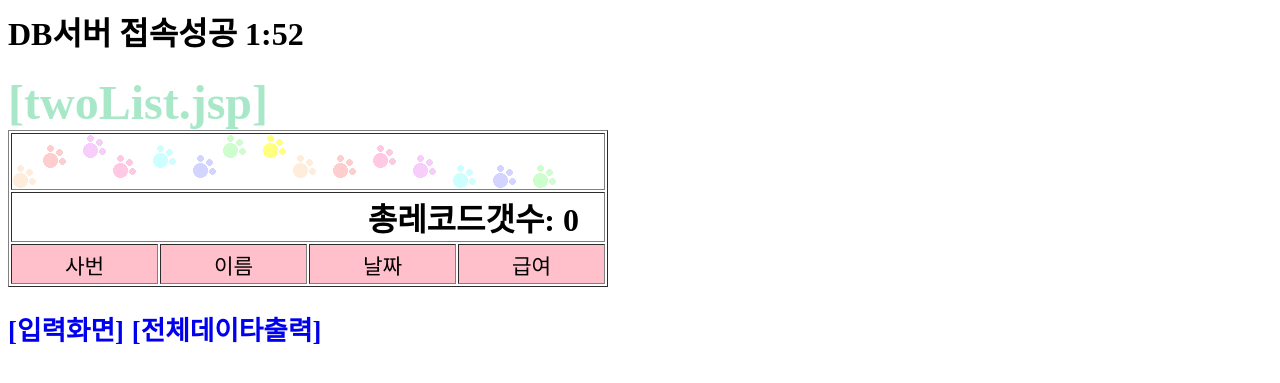
Repository: sorakazae/ITBANK_JSP_101
Page: http://localhost/Web0517/twoList.jsp
An editor plug-in stored every save of this project. The page is shown before and after the next save, followed by the edit.
The browser window is 1280 px wide. The pictures show the whole page.
The page is served by Tomcat 9. Queries for data that is not in the repository find no rows.

Above is the page before, as saved 2014-06-01 02:43:25.

### day8/my/Web0517/WebContent/twoList.jsp
<%@ page language="java" contentType="text/html; charset=EUC-KR"
    pageEncoding="EUC-KR"%>

<%@ page import="java.sql.*" %>
<%@ page import="java.util.*" %>

<%!
	private Connection CN;  // DB서버연결정보
	private Statement ST;  // 정적명령어, select, delete쿼리문실행
	private PreparedStatement PST;  // insert, update쿼리문실행
	private ResultSet RS; //RS=ST.executeQuery(sql); 조회된결과
	private String sql; //쿼리문기술 insert, select

	private int Gsabun; //사번값을 받을 필드
	private String Gname; //이름값을 받을 필드
	private int data1;//사번값 데이타값 받을 필드
	private String data2;//이름 데이타값 받을 필드
	private int data3;//급여 데이타값 받을 필드
%>


<%
	try{
		Class.forName("oracle.jdbc.driver.OracleDriver");

		String url="jdbc:oracle:thin:@127.0.0.1:1521:XE";
		CN=DriverManager.getConnection(url, "system","oracle");
		out.println("<h1>DB서버 접속성공 1:52</h1>");
	}catch(Exception ex){
		out.println("<h1>접속에러: "+ex.toString()+"</h1>");
	}

%>

<html>
<head>
<title> [twoList.jsp] </title>
	<style type="text/css">
		td{ font-size:16pt; }
		a{text-decoration:none; font-size:20pt; font-family:궁서체; }
		a:hover{text-decoration:underline;font-size:36pt; font-family:궁서체; }
	</style>
</head>

<body>
 <table border=1 width=600>
  <tr>
  	<td colspan=4 height=40> <img src="images/bar.gif"> </td>
  </tr>
 <%
   int total=0;
   String sql2="select count(*) as cnt from insa";
   try{
	   Statement ST2=CN.createStatement();
	   ResultSet RS2=ST2.executeQuery(sql2); // sql이 아니라 sql2이다
	   if(RS2.next()==true){
		   total=RS2.getInt("cnt");
	   }
   }catch(Exception ex){}
 %>

  <tr align="right">
  	<td colspan=4 height=40>
  	<font size=6><b>총레코드갯수: <%= total %> &nbsp;&nbsp; </b></font>
  	</td>
  </tr>

  <tr height=40 bgcolor=pink align="center">
  	<td> 사번 </td> <td> 이름 </td> <td> 날짜 </td> <td> 급여 </td>
  </tr>
  <font size=7 color="#A8E8C8"><b> [twoList.jsp]</b></font>
 <%
	try{
		sql="select * from insa order by sabun";
		ST=CN.createStatement(); //명령어생성
		RS=ST.executeQuery(sql); //조회한 결과는 ResultSet=RS기억
		while(RS.next()==true){ // 자바코드에서 html태그 분리
			Gsabun=RS.getInt("sabun");
			Gname=RS.getString("name");
%>
			<tr
			 onMouseOver="style.backgroundColor='#B7F7D7'"
			 onMouseOut="style.backgroundColor='' "
			>
		  	<td> <%= RS.getInt("sabun") %>   </td>
		  	<td> <a href="twoDetail.jsp?idx=<%= Gsabun %>"><%= Gname %></a></td>
		  	<td> <%= RS.getDate("nalja") %>  </td>
		  	<td> <%= RS.getInt("pay") %>     </td>
		  </tr>
<%
		}
	}catch(Exception ex){}
 %>
</table>
	<h1>
	 <a href="two.jsp">[입력화면]</a>
	 <a href="twoList.jsp">[전체데이타출력]</a>
	</h1>
</body>
</html>

After the next save:
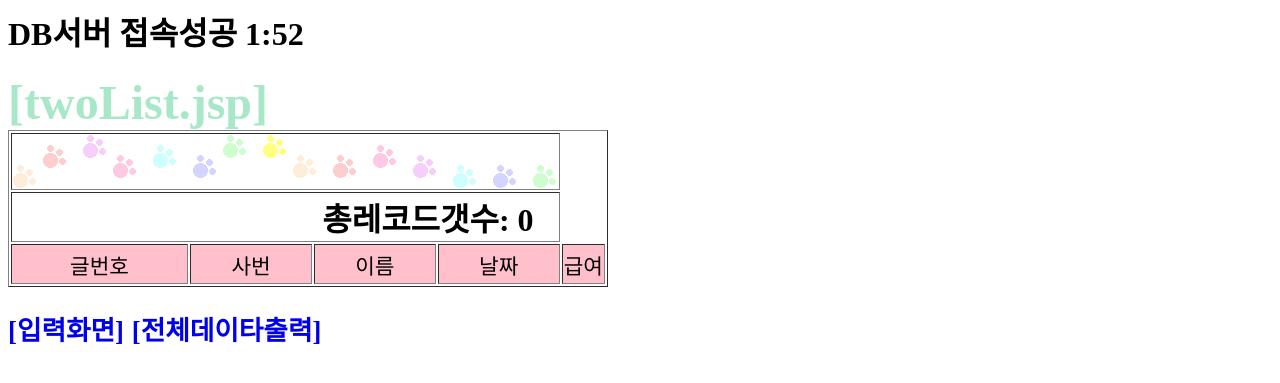
Saved 93 s later.
--- a/day8/my/Web0517/WebContent/twoList.jsp
+++ b/day8/my/Web0517/WebContent/twoList.jsp
@@ -66,7 +66,7 @@
   </tr>
 
   <tr height=40 bgcolor=pink align="center">
-  	<td> 사번 </td> <td> 이름 </td> <td> 날짜 </td> <td> 급여 </td>
+  	<td> 글번호 </td> <td> 사번 </td> <td> 이름 </td> <td> 날짜 </td> <td> 급여 </td>
   </tr>
   <font size=7 color="#A8E8C8"><b> [twoList.jsp]</b></font>
  <%
@@ -82,6 +82,7 @@
 			 onMouseOver="style.backgroundColor='#B7F7D7'"
 			 onMouseOut="style.backgroundColor='' "
 			>
+		  	<td> <%= RS.getInt("rn") %>   </td>
 		  	<td> <%= RS.getInt("sabun") %>   </td>
 		  	<td> <a href="twoDetail.jsp?idx=<%= Gsabun %>"><%= Gname %></a></td>
 		  	<td> <%= RS.getDate("nalja") %>  </td>
